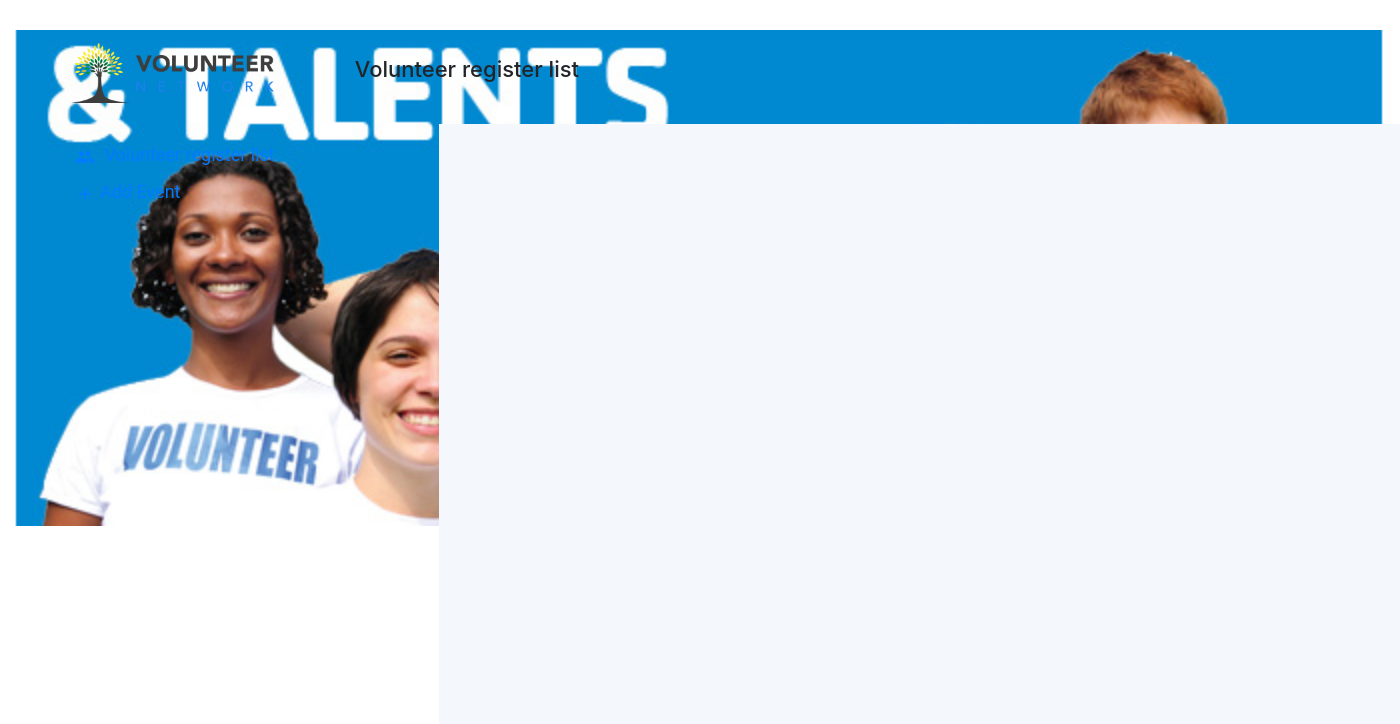
Repository: MdTahsinAmin/volunteer-network-client
Page: /adminPanel
An editor plug-in stored every save of this project. The page is shown before and after the next save, followed by the edit.
The browser window is 1280 px wide. The page is 1400 px wide, so the pictures cover 1400 px, including what lies to the right of the window. The pictures show the whole page.
The project was rebuilt for these pictures with package versions that can differ from the ones it lists, and the page was loaded fresh each time.

Above is the page before, as saved 2020-10-05 00:05:21.

After the next save:
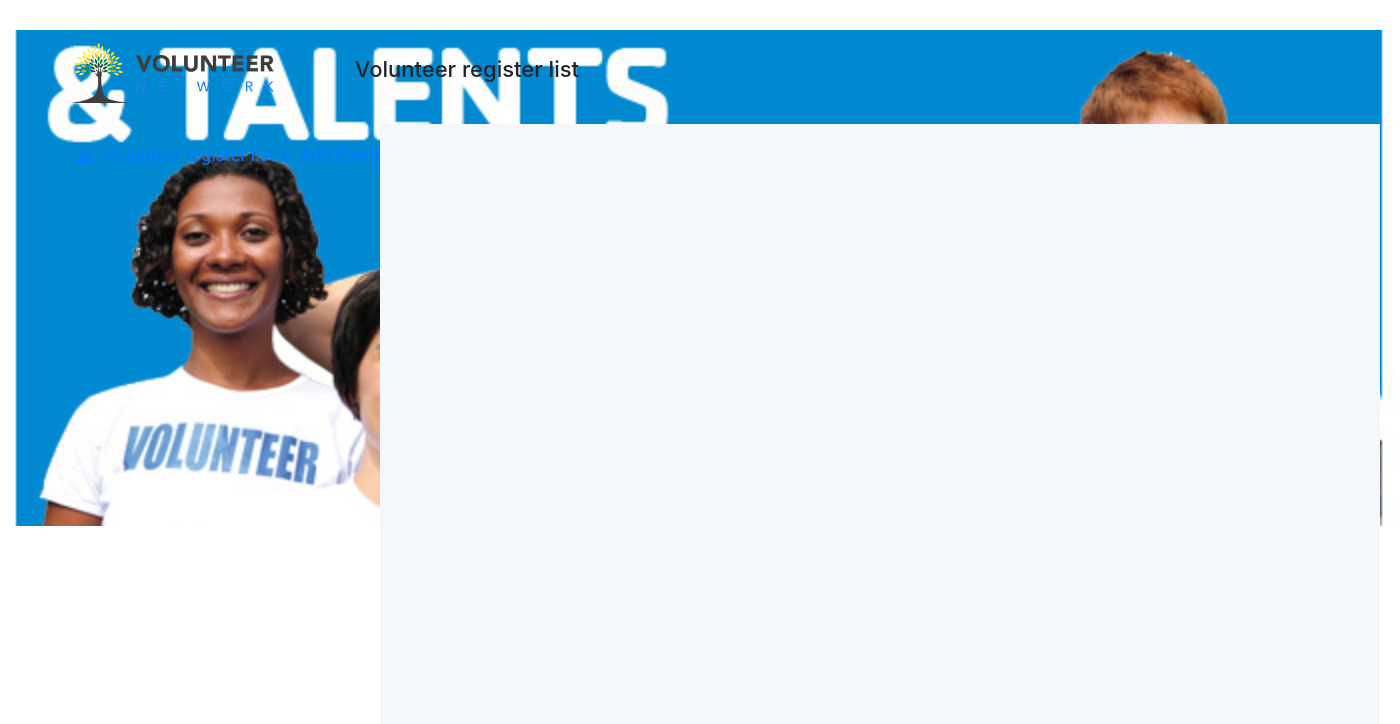
Saved 27 s later.
--- a/src/components/AdminPanel/AdminPanel.css
+++ b/src/components/AdminPanel/AdminPanel.css
@@ -30,7 +30,6 @@
 .Volunteer-list{
     width:80%;
     margin-top:8px;
-    margin-left:70px;
     width: 1000px;
     height: 600px;
     background: #F4F7FC;
